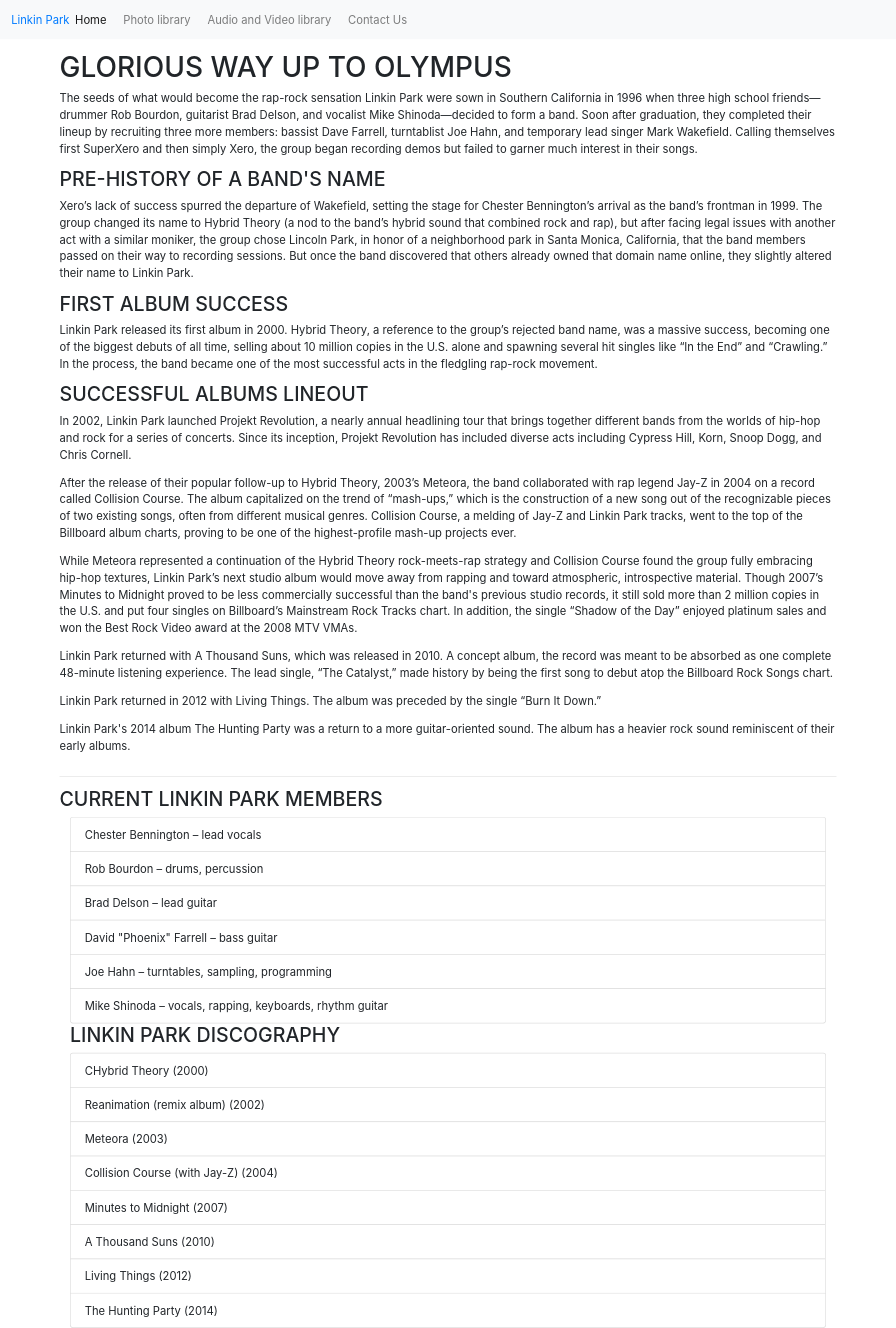
Repository: vaida898/website
Page: index.html
The author's editor kept a record of every edit. The page is drawn from the files as they stood at one moment, then again after the next edit.
The browser window is 1280 px wide. The pictures show the whole page, at 70% of full size.

Above is the page before.
Console error: TypeError: Cannot read properties of undefined (reading 'fn')

### index.html
<!DOCTYPE html>
<html lang="en">

<head>
    <meta charset="UTF-8">
    <meta name="viewport" content="width=device-width, initial-scale=1.0">
    <meta http-equiv="X-UA-Compatible" content="ie=edge">
    <title>LinkinPark website</title>
</head>
<link rel="stylesheet" href="https://stackpath.bootstrapcdn.com/bootstrap/4.3.1/css/bootstrap.min.css" integrity="sha384-ggOyR0iXCbMQv3Xipma34MD+dH/1fQ784/j6cY/iJTQUOhcWr7x9JvoRxT2MZw1T" crossorigin="anonymous">
<script src="https://stackpath.bootstrapcdn.com/bootstrap/4.3.1/js/bootstrap.min.js" integrity="sha384-JjSmVgyd0p3pXB1rRibZUAYoIIy6OrQ6VrjIEaFf/nJGzIxFDsf4x0xIM+B07jRM" crossorigin="anonymous"></script>

<body>
    <nav class="navbar navbar-light bg-light navbar-expand-sm">
        <a href="/" class="navbar-name">Linkin Park</a>
        <ul class="navbar-nav mr-auto">
            <li class="active nav-item mr-2"><a class="nav-link" href="/">Home</a></li>
            <li class="nav-item mr-2"><a class="nav-link" href="/Photo library">Photo library</a></li>
            <li class="nav-item mr-2"><a class="nav-link" href="/Audio and Video library">Audio and Video library</a></li>
            <li class="nav-item mr-2"><a class="nav-link" href="/Contact Us">Contact Us</a></li>
        </ul>
    </nav>

    <article class="container mt-3">
        <div class="row">
            <div class="col-12">
                <section class="About Us">
                    <h1 class="text-uppercase">Glorious way up to olympus</h1>
                    <p>The seeds of what would become the rap-rock sensation Linkin Park were sown in Southern California in 1996 when three high school friends—drummer Rob Bourdon, guitarist Brad Delson, and vocalist Mike Shinoda—decided to form a band.
                        Soon after graduation, they completed their lineup by recruiting three more members: bassist Dave Farrell, turntablist Joe Hahn, and temporary lead singer Mark Wakefield. Calling themselves first SuperXero and then simply Xero,
                        the group began recording demos but failed to garner much interest in their songs.</p>

                    <h3 class="text-uppercase">Pre-history of a band's name</h3>
                    <p>Xero’s lack of success spurred the departure of Wakefield, setting the stage for Chester Bennington’s arrival as the band’s frontman in 1999. The group changed its name to Hybrid Theory (a nod to the band’s hybrid sound that combined
                        rock and rap), but after facing legal issues with another act with a similar moniker, the group chose Lincoln Park, in honor of a neighborhood park in Santa Monica, California, that the band members passed on their way to recording
                        sessions. But once the band discovered that others already owned that domain name online, they slightly altered their name to Linkin Park.</p>

                    <h3 class="text-uppercase">First Album success</h3>
                    <p>Linkin Park released its first album in 2000. Hybrid Theory, a reference to the group’s rejected band name, was a massive success, becoming one of the biggest debuts of all time, selling about 10 million copies in the U.S. alone and
                        spawning several hit singles like “In the End” and “Crawling.” In the process, the band became one of the most successful acts in the fledgling rap-rock movement.</p>

                    <h3 class="text-uppercase">Successful albums lineout</h3>
                    <p>In 2002, Linkin Park launched Projekt Revolution, a nearly annual headlining tour that brings together different bands from the worlds of hip-hop and rock for a series of concerts. Since its inception, Projekt Revolution has included
                        diverse acts including Cypress Hill, Korn, Snoop Dogg, and Chris Cornell.</p>

                    <p>After the release of their popular follow-up to Hybrid Theory, 2003’s Meteora, the band collaborated with rap legend Jay-Z in 2004 on a record called Collision Course. The album capitalized on the trend of “mash-ups,” which is the
                        construction of a new song out of the recognizable pieces of two existing songs, often from different musical genres. Collision Course, a melding of Jay-Z and Linkin Park tracks, went to the top of the Billboard album charts, proving
                        to be one of the highest-profile mash-up projects ever.</p>

                    <p>While Meteora represented a continuation of the Hybrid Theory rock-meets-rap strategy and Collision Course found the group fully embracing hip-hop textures, Linkin Park’s next studio album would move away from rapping and toward atmospheric,
                        introspective material. Though 2007’s Minutes to Midnight proved to be less commercially successful than the band's previous studio records, it still sold more than 2 million copies in the U.S. and put four singles on Billboard’s
                        Mainstream Rock Tracks chart. In addition, the single “Shadow of the Day” enjoyed platinum sales and won the Best Rock Video award at the 2008 MTV VMAs.</p>

                    <p>Linkin Park returned with A Thousand Suns, which was released in 2010. A concept album, the record was meant to be absorbed as one complete 48-minute listening experience. The lead single, “The Catalyst,” made history by being the
                        first song to debut atop the Billboard Rock Songs chart.</p>

                    <p>Linkin Park returned in 2012 with Living Things. The album was preceded by the single “Burn It Down.”</p>

                    <p>Linkin Park's 2014 album The Hunting Party was a return to a more guitar-oriented sound. The album has a heavier rock sound reminiscent of their early albums.</p>
                </section>
            </div>
        </div>

        <hr>


        <section class="Band members">
            <div class="row">
                <div class="col-12 col-md-12">
                    <h3 class="text-uppercase">Current Linkin Park members</h3>
                </div>
            </div>
            <div class="col-12 col-md-12">
                <ul class="list-group">
                    <li class="list-group-item">Chester Bennington – lead vocals</li>
                    <li class="list-group-item">Rob Bourdon – drums, percussion</li>
                    <li class="list-group-item">Brad Delson – lead guitar</li>
                    <li class="list-group-item">David "Phoenix" Farrell – bass guitar</li>
                    <li class="list-group-item">Joe Hahn – turntables, sampling, programming</li>
                    <li class="list-group-item">Mike Shinoda – vocals, rapping, keyboards, rhythm guitar</li>
                </ul>
            </div>
        </section>

        <section class="Band discography">
            <div class="col-12 col-md-12">
                <h3 class="text-uppercase">Linkin Park discography</h3>
            </div>
            <div class="col-12 col-md-12">
                <ul class="list-group">
                    <li class="list-group-item">CHybrid Theory (2000)</li>
                    <li class="list-group-item">Reanimation (remix album) (2002)</li>
                    <li class="list-group-item">Meteora (2003)</li>
                    <li class="list-group-item">Collision Course (with Jay-Z) (2004)</li>
                    <li class="list-group-item">Minutes to Midnight (2007)</li>
                    <li class="list-group-item">A Thousand Suns (2010)</li>
                    <li class="list-group-item">Living Things (2012)</li>
                    <li class="list-group-item">The Hunting Party (2014)</li>
                </ul>
            </div>
        </section>

    </article>

</body>

</html>

After the next edit:
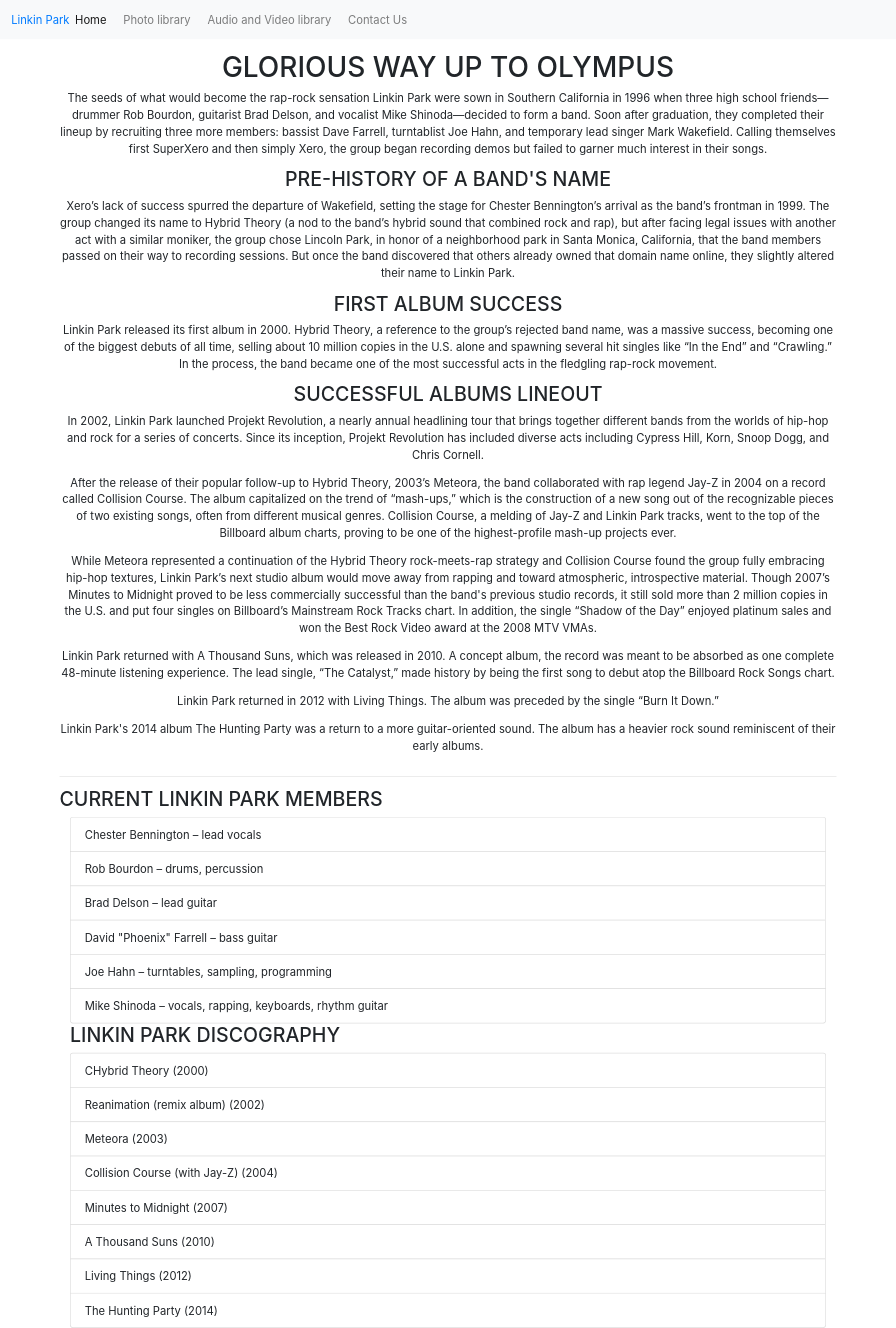
The edit:
--- a/index.html
+++ b/index.html
@@ -24,7 +24,7 @@
     <article class="container mt-3">
         <div class="row">
             <div class="col-12">
-                <section class="About Us">
+                <section class="About Us text-center">
                     <h1 class="text-uppercase">Glorious way up to olympus</h1>
                     <p>The seeds of what would become the rap-rock sensation Linkin Park were sown in Southern California in 1996 when three high school friends—drummer Rob Bourdon, guitarist Brad Delson, and vocalist Mike Shinoda—decided to form a band.
                         Soon after graduation, they completed their lineup by recruiting three more members: bassist Dave Farrell, turntablist Joe Hahn, and temporary lead singer Mark Wakefield. Calling themselves first SuperXero and then simply Xero,
